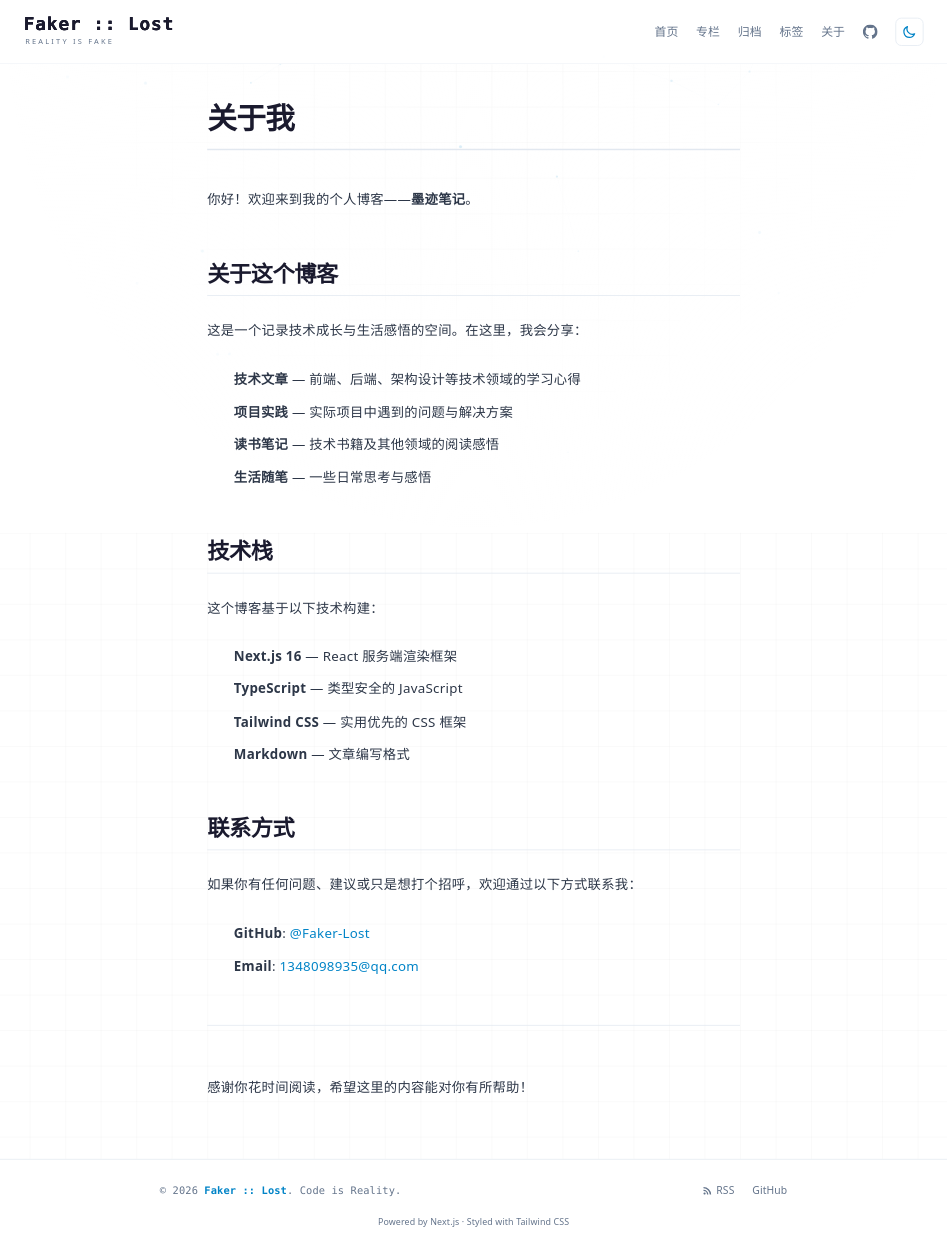
Repository: Faker-Lost/my-blog
Page: /about
These files come from the project's save history. The page is drawn as it stood at one moment and after the next save; the edit follows.
The browser window is 1280 px wide. The pictures show the whole page, at 74% of full size.
The project was rebuilt for these pictures with package versions that can differ from the ones it lists, and the page was loaded fresh each time. The framework's server and built-in components were replaced by stand-ins that run in the browser. Also part of the build but not shown: next.config.ts.

Above is the page before, as saved 2026-02-10 15:22:05.

After the next save:
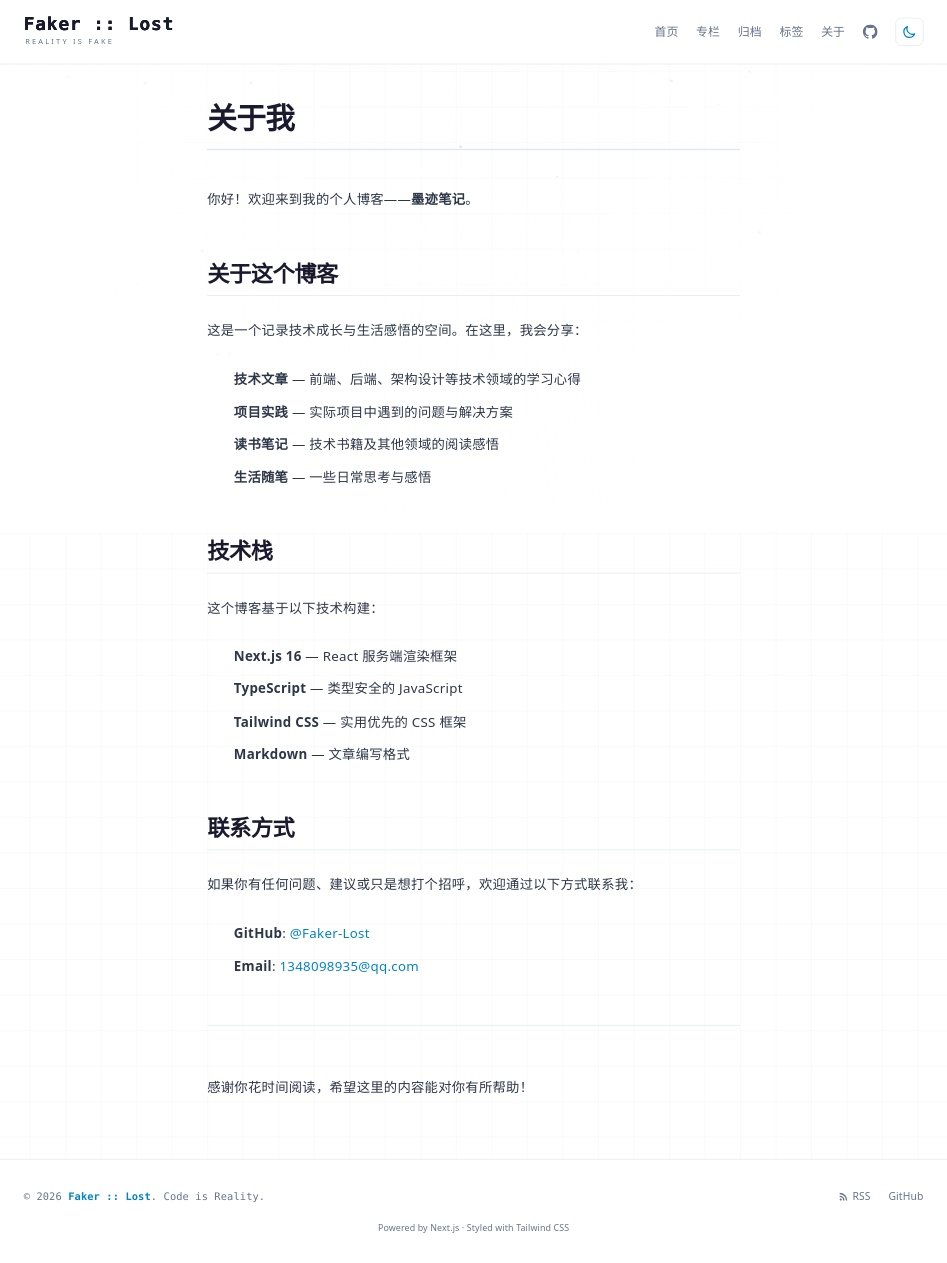
Saved 29 s later.
--- a/components/Footer.tsx
+++ b/components/Footer.tsx
@@ -5,7 +5,7 @@ export default function Footer() {
 
   return (
     <footer className="border-t border-[var(--border)] bg-[var(--background)] mt-auto">
-      <div className="max-w-4xl mx-auto px-6 py-8">
+      <div className="max-w-7xl mx-auto px-8 py-10">
         <div className="flex flex-col md:flex-row items-center justify-between gap-4">
           {/* 版权信息 */}
           <p className="text-sm font-mono text-[var(--muted)]">
